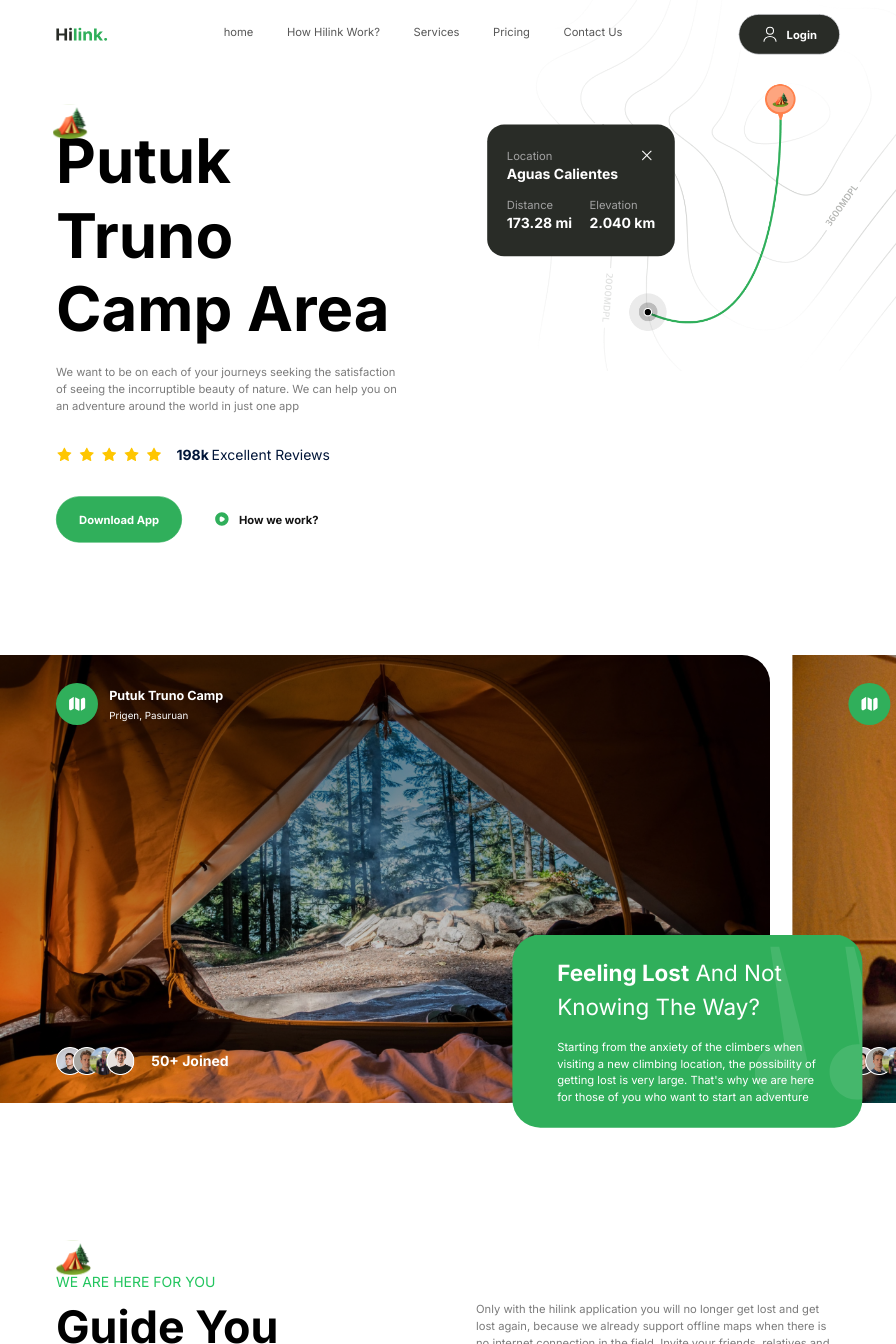
Repository: abdulrahmanmahmood/Travel-App
Page: /
An editor plug-in stored every save of this project. The page is shown before and after a run of saves, followed by the edit.
The browser window is 1280 px wide. The pictures show the part of the page from y = 0 to 1920 px (the page is 4955 px tall before and 4857 px after), at 70% of full size.
The project was rebuilt for these pictures with package versions that can differ from the ones it lists, and the page was loaded fresh each time. The framework's server and built-in components were replaced by stand-ins that run in the browser. Also part of the build but not shown: next.config.js.

Above is the page before, as saved 2023-11-10 11:30:54.

### app/layout.tsx
import './globals.css'
import type { Metadata } from 'next';
import './globals.css'
import Navbar from '@/components/Navbar';
import Footer from '@/components/Footer';


export const metadata: Metadata = {
  title: 'Travel',
  description: 'Travel UI/UX App for camping',
}

export default function RootLayout({
  children,
}: {
  children: React.ReactNode
}) {
  return (
    <html lang="en">
      <body >
        <Navbar/>
        {children}
        <Footer/>
      </body>
    </html>
  )
}

### app/page.tsx
import Features from "@/components/Features"
import GetApp from "@/components/GetApp"
import Guide from "@/components/Guide"
import Hero from "@/components/Hero"
import Camp from "@/components/camp"

export default function Home() {
  return (
    <>
    <Hero/>
    <Camp/>
    <Guide/>
    <Features/>
    <GetApp/>
 </>
  )
}

### components/Navbar.tsx
import { NAV_LINKS } from "@/constants";
import Image from "next/image";
import Link from "next/link";
import Button from "./Button";

const Navbar = () => {
  return (
    <nav
      className=" flexBetween max-container padding-container relative z-30
    py-5"
    >
      <Link href="/">
        <Image src="/hilink-logo.svg" alt="logo" width={74} height={28} />
      </Link>


      <ul className="flex flex-row flex-wrap gap-5 lg:gap-12">
        {NAV_LINKS.map((link) => (
          <Link
            href={link.href}
            key={link.key}
            className="regular-16 text-gray-50 flexCenter cursor-pointer pb-1.5 transition-all hover:font-bold"
          >
            {link.label}
          </Link>
        ))}
      </ul>
      <div className="">
        <Button
          type="button"
          title="Login"
          icon="/user.svg"
          variant="btn_dark_green"
        />
      </div>
    </nav>
  );
};


export default Navbar;

### components/Footer.tsx
import { FOOTER_CONTACT_INFO, FOOTER_LINKS, SOCIALS } from "@/constants";
import Image from "next/image";
import Link from "next/link";
import React from "react";

const Footer = () => {
  return (
    <footer className="flexCenter mb-24 ">
      <div className="padding-container max-container flex w-full flex-col gap-14 ">
        <div className="flex flex-col items-start justify-center gap-[10%] md:flex-row ">
          <Link href="/" className="mb-10">
            <Image src="hilink-logo.svg" alt="logo" width={74} height={29} />
          </Link>
          <div className="flex flex-wrap gap-10 sm:justify-between md:flex-1">
            {FOOTER_LINKS.map((columns) => (
              <FooterColumn title={columns.title}>
                <ul className="regular-14 flex flex-col gap-4 text-gray-30">
                  {columns.links.map((link) => (
                    <Link href="/" key={link}>
                      {link}
                    </Link>
                  ))}
                </ul>
              </FooterColumn>
            ))}

            <div className="flex flex-col gap-5">
                    <FooterColumn title={FOOTER_CONTACT_INFO.title}>
                      {FOOTER_CONTACT_INFO.links.map((link)=>(
                        <Link href='/' key={link.label} className="flex gap-4 md:flex-col lg:flex-row">
                        <p className="whitespace-nowrap">
                          {link.label}:
                        </p>
                        <p className="medium-14 whitespace-nowrap text-blue-70">{link.value}</p>
                        </Link>
                      ))}
                    </FooterColumn>
            </div>
            <div className="flex flex-col gap-5 ">
                      <FooterColumn title={SOCIALS.title}>
                          <ul className="regular-14 flex gap-4 text-gray-30">
                            {SOCIALS.links.map((link)=>(
                              <Link href='link' key={link}>
                                <Image src={link} alt="logo" width={24} height={24}/>
                              </Link>
                            ))}
                          </ul>
                      </FooterColumn>
            </div>
          </div>
        </div>
        <div className="border bg-gray-20 "/>
        <p className="regular-14 w-full text-center text-gray-30">2023 Hilink | All rights reserved</p>
      </div>
    </footer>
  );
};
type FooterColumnProps = {
  title: string;
  children: React.ReactNode;
};

const FooterColumn = ({ title, children }: FooterColumnProps) => {
  return (
    <div className="flex flex-col gap-5 ">
      <h4 className="bold-18 whitespace-nowrap">{title}</h4>
      {children}
    </div>
  );
};

export default Footer;

### components/Features.tsx
import { FEATURES } from "@/constants";
import Image from "next/image";
import { title } from "process";

function Features() {
  return (
    <section className=" flex-col  flexCenter overflow-hidden bg-feature-bg bg-center bg-no-repeat py-24">
      <div className="flex max-container padding-container relative w-full justify-end">
        <div className="flex flex-1 lg:min-h-[900px]">
          <Image
            src="/phone.png"
            alt="phone"
            height={1000}
            width={440}
            className="feature-phone"
          />
        </div>
        <div className="z-20 flex w-full flex-col  lg:w-[60%]">
          <div className="relative ">
            <Image
              src="/camp.svg"
              alt="camp"
              width={50}
              height={50}
              className="absolute top-[-30px] left-[5px] w-10 lg:w-[50px]"
            />
            <h2 className="bold-40 lg:bold-64 -mt-1">Our Features</h2>
          </div>
          <ul className="mt-10 grid gap-10 md:grid-cols-2 lg:mt-20 lg:gap-20 ">
            {FEATURES.map((feature) => (
              <FeatureItem
                key={feature.title}
                icon={feature.icon}
                title={feature.title}
                description={feature.description}
              />
            ))}
          </ul>
        </div>
      </div>
    </section>
  );
}
type FeatureItem = {
  title: string;
  icon: string;
  description: string;
};

const FeatureItem = ({ title, icon, description }: FeatureItem) => {
  return(
  <li className="flex w-full flex-1 flex-col items-start">
    <div className="rounded-full p-4 lg:p-7 bg-green-50">
      <Image src={icon} alt="featureItemImage" width={28} height={28}/>
    </div>
    <h2 className="bold-20 lg:bold-32  mt-5 capitalize">{title}</h2>
    <p className="regular-16 mt-5 bg-white/80 text-gray-30 lg:mt-[30px] lg:bg-none">{description}</p>
  </li>)
};

export default Features;

### components/GetApp.tsx
import Image from "next/image";
import Button from "./Button";

function GetApp() {
  return (
    <section className="flexCenter w-full flex-col pb-[100px]">
      <div className="get-app">
        <div className=" z-20 flex w-full flex-1 flex-col items-start justify-center gap-12">
          <h2 className="bold-40 lg:bold-64 xl:max-w-[320px]">
            Get for free now!{" "}
          </h2>
          <p className="regular-16 text-gray-10">
            Available on iOS and Android
          </p>
          <div className="flex w-full flex-col gap-3 whitespace-nowrap xl:flex-row">
            <Button
              type="button"
              title="App Store"
              variant="btn_white"
              icon="/apple.svg"
              full
            />
            <Button
              type="button"
              title="Play Store "
              variant="btn_dark_green_outline"
              icon="/android.svg"
              full
            />
          </div>
        </div>
        <div className="flex flex-1 items-center justify-end">
          <Image src='/phones.png' alt="phones" width={550} height={870}/>
        </div>
      </div>
    </section>
  );
}

export default GetApp;

### components/Guide.tsx
import Image from "next/image";

function Guide() {
  return (
    <section className="flexCenter flex-col">
      <div className=" padding-container max-container w-full pb-24  ">
        <Image src="/camp.svg" alt="camp" width={50} height={50} />
        <p className="uppercase text-xl bold text-green-500 -mt-1 mb-3 ">
          WE ARE here FOR YOU
        </p>
        <div className="flex flex-wrap justify-between gap-5 lg:gap-10">
          <h2 className="capitalize  bold-40 lg:bold-64 xl:max-w-[390px]">
            Guide You to Easy Path
          </h2>
          <p className=" regular-16 text-gray-30 xl:max-w-[520px]">
            Only with the hilink application you will no longer get lost and get
            lost again, because we already support offline maps when there is no
            internet connection in the field. Invite your friends, relatives and
            friends to have fun in the wilderness through the valley and reach
            the top of the mountain
          </p>
        </div>
      </div>
      <div className=" flexCenter max-container relative w-full ">
        <Image
          src="/boat.png"
          alt="image"
          width={1440}
          height={580}
          className="w-full object-cover object-center 2xl:rounded-5"
        />
        <div className="absolute flex bg-white py-8 pl-5 pr-7 gap-3 rounded-3xl border shadow-md md:left-[5%] lg:top-20">
          <Image src='/meter.svg' alt="meter" width={15} height={158} className="h-full w-auto"/>
          <div className="flexBetween flex-col ">
            <div className="flex w-full flex-col">
              <div className="flexBetween w-full ">
                <p className="regular-16 text-gray-500">Destination</p>
                <p className="bold-16 text-green-50">48 min</p>
              </div>
              <p className="bold-20 mt-2 mb-2 ">Aguas Calientes</p>
            </div>
            <div className="flex w-full flex-col">
              <p className="regular-16 text-gray-500 mt-4">Start track</p>
              <h4 className="bold-20 mt-2 whitespace-nowrap">Wonorejo Pasuruan</h4>
            </div>
          I</div>
        </div>
      </div>
    </section>
  );
}

export default Guide;

### components/Hero.tsx
import Image from "next/image";
import Button from "./Button";

function Hero() {
  return (
    <section className="max-container padding-container flex flex-col gap-20 py-10 pb-32 md:gap-28 lg:py-20 xl:flex-row">
      {/* LEFT */}
      <div className="hero-map " />

      <div className="relative z-20 flex flex-1 flex-col xl:w-1/2">
        <Image
          src="/camp.svg"
          alt="camp"
          width={50}
          height={50}
          className="absolute left-[-5px] top-[-30px] w-10 lg:w-[50px]"
        />
        <h1 className="bold-52 lg:bold-88">Putuk Truno Camp Area</h1>
        <p className="regular-16 mt-6 text-gray-30 xl:max-w-[520px]">
          We want to be on each of your journeys seeking the satisfaction of
          seeing the incorruptible beauty of nature. We can help you on an
          adventure around the world in just one app
        </p>
        <div className="my-11 flex flex-wrap gap-5">
          <div className="flex items-center gap-2">
            {Array(5)
              .fill(1)
              .map((_, index) => (
                <Image
                  key={index}
                  src="/star.svg"
                  alt="star"
                  width={24}
                  height={24}
                />
              ))}
          </div>
          <p className="bold-16 lg:bold-20 text-blue-70">
            198k
            <span className="regular-16 lg:regular-20 ml-1 ">
              Excellent Reviews
            </span>
          </p>
        </div>
        <div className="flex flex-col w-full gap-3 sm:flex-row">
          <Button
            type={"button"}
            title={"Download App"}
            variant={"btn_green"}
          />
          <Button
            type={"button"}
            title={"How we work?"}
            variant={"btn_white_text"}
            icon="/play.svg"
          />
        </div>
      </div>

      <div className="relative flex flex-1 items-start ">
        <div className="relative z-20 w-[268px] flex-col gap-8 rounded-3xl bg-green-90 px-7 py-8">
          <div className="fle flex-col">
            <div className="flexBetween">
              <p className="regular-16 text-gray-20">Location</p>
              <Image src="/close.svg" alt="close" width={24} height={24} />
            </div>
            <p className="bold-20 text-white">Aguas Calientes</p>
          </div>

          <div className="flexBetween  pt-4">
            <div className="flex flex-col">
              <p className="regular-16 block text-gray-20">Distance</p>
              <p className="bold-20 text-white">173.28 mi</p>
            </div>
            <div className="flex flex-col">
              <p className="regular-16 block text-gray-20">Elevation</p>
              <p className="bold-20 text-white">2.040 km</p>
            </div>
          </div>
        </div>
      </div>
    </section>
  );
}

export default Hero;

### constants/index.ts
export const NAV_LINKS = [
  {href:"/", key:"home", label:"home"},
  { href: '/', key: 'how_hilink_work', label: 'How Hilink Work?' },
  { href: '/', key: 'services', label: 'Services' },
  { href: '/', key: 'pricing ', label: 'Pricing ' },
  { href: '/', key: 'contact_us', label: 'Contact Us' },
]

export const PEOPLE_URL = [
  '/person-1.png',
  '/person-2.png',
  '/acpc-modified (1).png',
  '/person-4.png',
];


export const FEATURES = [
  {
    title: 'Real maps can be offline',
    icon: '/map.svg',
    variant: 'green',
    description:
      'We provide a solution for you to be able to use our application when climbing, yes offline maps you can use at any time there is no signal at the location',
  },
  {
    title: 'Set an adventure schedule',
    icon: '/calendar.svg',
    variant: 'green',
    description:
      "Schedule an adventure with friends. On holidays, there are many interesting offers from Hilink. That way, there's no more discussion",
  },
  {
    title: 'Technology using augment reality',
    icon: '/tech.svg',
    variant: 'green',
    description:
      'Technology uses augmented reality as a guide to your hiking trail in the forest to the top of the mountain. Already supported by the latest technology without an internet connection',
  },
  {
    title: 'Many new locations every month',
    icon: '/location.svg',
    variant: 'orange',
    description:
      'Lots of new locations every month, because we have a worldwide community of climbers who share their best experiences with climbing',
  },
];


export const FOOTER_LINKS = [
  {
    title: 'Learn More',
    links: [
      'About Hilink',
      'Press Releases',
      'Environment',
      'Jobs',
      'Privacy Policy',
      'Contact Us',
    ],
  },
  {
    title: 'Our Community',
    links: ['Climbing xixixi', 'Hiking hilink', 'Hilink kinthill'],
  },
];

export const FOOTER_CONTACT_INFO = {
  title: 'Contact Us',
  links: [
    { label: 'Admin Officer', value: '123-456-7890' },
    { label: 'Email Officer', value: 'hilink@akinthil.com' },
  ],
};

export const SOCIALS = {
  title: 'Social',
  links: [
    '/facebook.svg',
    '/instagram.svg',
    '/twitter.svg',
    '/youtube.svg',
    '/wordpress.svg',
  ],
};

### components/Button.tsx
import Image from "next/image";

type ButtonProps = {
  type: "button" | "submit";
  title: string;
  icon?: string;
  variant: string;
  full?:boolean;
};

function Button({ type, title, icon, variant, full }: ButtonProps) {
  return (
    <button
      type={type}
      className={`flexCenter gap-3 rounded-full border ${variant} ${full && 'w-full'}`}
    >
      {icon && <Image src={icon} alt={title} width={24} height={24} />}
      <label className="bold-16 whitespace-nowrap cursor-pointer">{title}</label>
    </button>
  );
}

export default Button;

Loaded but not shown: tailwind.config.ts (common file); components/camp.tsx (97 lines, source omitted); app/globals.css (157 lines, source omitted)

After the next 10 saves:
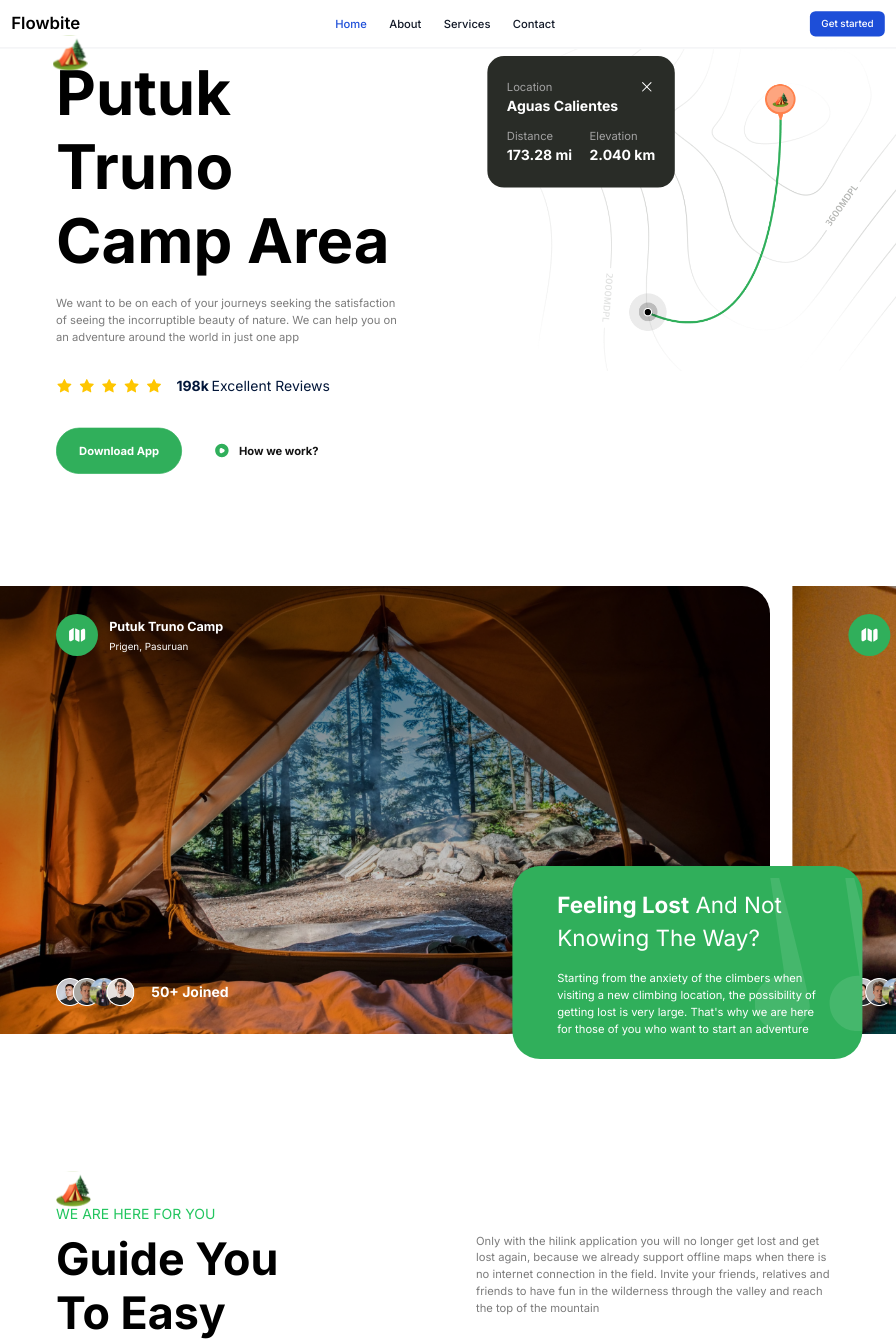
The 10 saves are shown as one change because 5 did not build or start and some came seconds apart.
The last was saved 60 min 22 s later.
--- a/components/Navbar.tsx
+++ b/components/Navbar.tsx
@@ -4,38 +4,71 @@
 import Button from "./Button";
 
 const Navbar = () => {
-  return (
-    <nav
-      className=" flexBetween max-container padding-container relative z-30
-    py-5"
-    >
-      <Link href="/">
-        <Image src="/hilink-logo.svg" alt="logo" width={74} height={28} />
-      </Link>
+  return (<nav className="bg-white dark:bg-gray-900 fixed w-full z-20 top-0 start-0 border-b border-gray-200 dark:border-gray-600">
+  <div className="max-w-screen-xl flex flex-wrap items-center justify-between mx-auto p-4">
+  <a href="https://flowbite.com/" className="flex items-center space-x-3 rtl:space-x-reverse">
+      {/* <img src="https://flowbite.com/docs/images/logo.svg" className="h-8" alt="Flowbite Logo"> */}
+      <span className="self-center text-2xl font-semibold whitespace-nowrap dark:text-white">Flowbite</span>
+  </a>
+  <div className="flex md:order-2 space-x-3 md:space-x-0 rtl:space-x-reverse">
+      <button type="button" className="text-white bg-blue-700 hover:bg-blue-800 focus:ring-4 focus:outline-none focus:ring-blue-300 font-medium rounded-lg text-sm px-4 py-2 text-center dark:bg-blue-600 dark:hover:bg-blue-700 dark:focus:ring-blue-800">Get started</button>
+      <button data-collapse-toggle="navbar-sticky" type="button" className="inline-flex items-center p-2 w-10 h-10 justify-center text-sm text-gray-500 rounded-lg md:hidden hover:bg-gray-100 focus:outline-none focus:ring-2 focus:ring-gray-200 dark:text-gray-400 dark:hover:bg-gray-700 dark:focus:ring-gray-600" aria-controls="navbar-sticky" aria-expanded="false">
+        <span className="sr-only">Open main menu</span>
+        <svg className="w-5 h-5" aria-hidden="true" xmlns="http://www.w3.org/2000/svg" fill="none" viewBox="0 0 17 14">
+            <path stroke="currentColor" stroke-linecap="round" stroke-linejoin="round" stroke-width="2" d="M1 1h15M1 7h15M1 13h15"/>
+        </svg>
+    </button>
+  </div>
+  <div className="items-center justify-between hidden w-full md:flex md:w-auto md:order-1" id="navbar-sticky">
+    <ul className="flex flex-col p-4 md:p-0 mt-4 font-medium border border-gray-100 rounded-lg bg-gray-50 md:space-x-8 rtl:space-x-reverse md:flex-row md:mt-0 md:border-0 md:bg-white dark:bg-gray-800 md:dark:bg-gray-900 dark:border-gray-700">
+      <li>
+        <a href="#" className="block py-2 px-3 text-white bg-blue-700 rounded md:bg-transparent md:text-blue-700 md:p-0 md:dark:text-blue-500" aria-current="page">Home</a>
+      </li>
+      <li>
+        <a href="#" className="block py-2 px-3 text-gray-900 rounded hover:bg-gray-100 md:hover:bg-transparent md:hover:text-blue-700 md:p-0 md:dark:hover:text-blue-500 dark:text-white dark:hover:bg-gray-700 dark:hover:text-white md:dark:hover:bg-transparent dark:border-gray-700">About</a>
+      </li>
+      <li>
+        <a href="#" className="block py-2 px-3 text-gray-900 rounded hover:bg-gray-100 md:hover:bg-transparent md:hover:text-blue-700 md:p-0 md:dark:hover:text-blue-500 dark:text-white dark:hover:bg-gray-700 dark:hover:text-white md:dark:hover:bg-transparent dark:border-gray-700">Services</a>
+      </li>
+      <li>
+        <a href="#" className="block py-2 px-3 text-gray-900 rounded hover:bg-gray-100 md:hover:bg-transparent md:hover:text-blue-700 md:p-0 md:dark:hover:text-blue-500 dark:text-white dark:hover:bg-gray-700 dark:hover:text-white md:dark:hover:bg-transparent dark:border-gray-700">Contact</a>
+      </li>
+    </ul>
+  </div>
+  </div>
+</nav>
 
-
-      <ul className="flex flex-row flex-wrap gap-5 lg:gap-12">
-        {NAV_LINKS.map((link) => (
-          <Link
-            href={link.href}
-            key={link.key}
-            className="regular-16 text-gray-50 flexCenter cursor-pointer pb-1.5 transition-all hover:font-bold"
-          >
-            {link.label}
-          </Link>
-        ))}
-      </ul>
-      <div className="">
-        <Button
-          type="button"
-          title="Login"
-          icon="/user.svg"
-          variant="btn_dark_green"
-        />
-      </div>
-    </nav>
   );
 };
 
+    // <nav
+    //   className=" flexBetween max-container padding-container relative z-30
+    // py-5"
+    // >
+    //   <Link href="/">
+    //     <Image src="/hilink-logo.svg" alt="logo" width={74} height={28} />
+    //   </Link>
+
+
+    //   <ul className="flex flex-row flex-wrap gap-5 lg:gap-12">
+    //     {NAV_LINKS.map((link) => (
+    //       <Link
+    //         href={link.href}
+    //         key={link.key}
+    //         className="regular-16 text-gray-50 flexCenter cursor-pointer pb-1.5 transition-all hover:font-bold"
+    //       >
+    //         {link.label}
+    //       </Link>
+    //     ))}
+    //   </ul>
+    //   <div className="">
+    //     <Button
+    //       type="button"
+    //       title="Login"
+    //       icon="/user.svg"
+    //       variant="btn_dark_green"
+    //     />
+    //   </div>
+    // </nav>
 
 export default Navbar;
